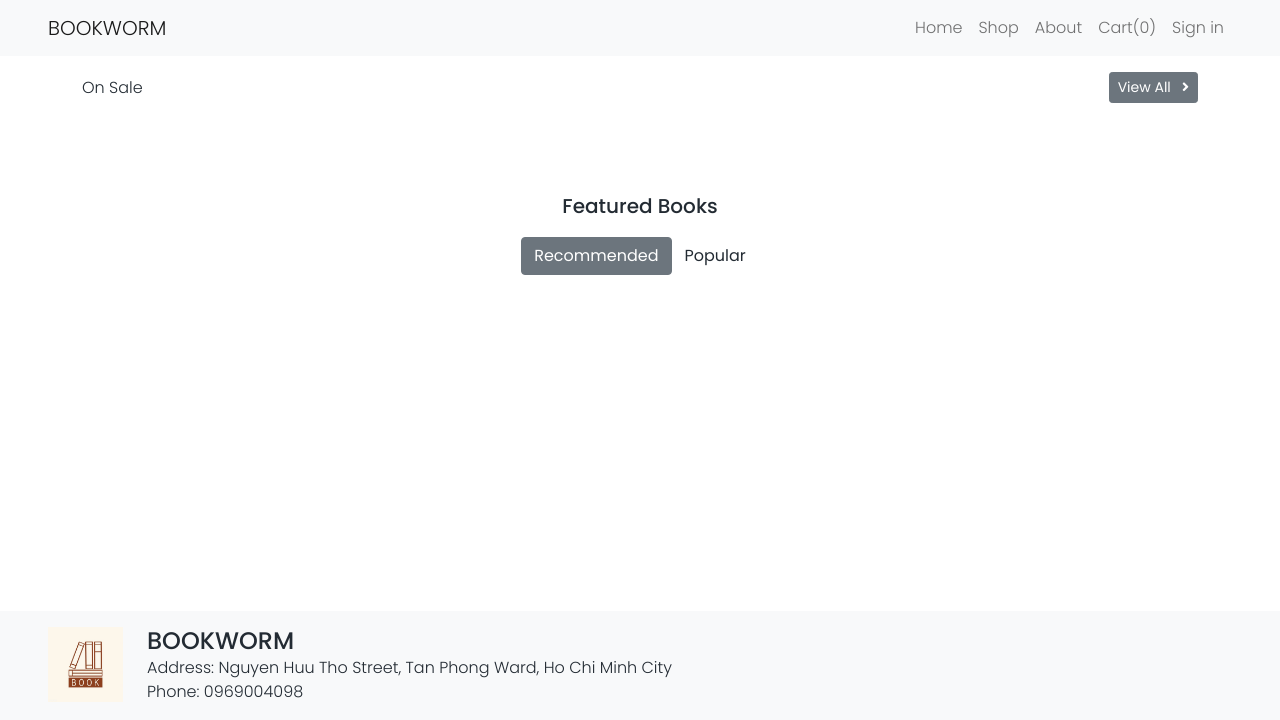
Repository: long13820/bookworm-fe
Page: /
The author's editor kept a copy of each file at every save. The page is drawn from the files as they stood at one save, then again after a run of saves.
The browser window is 1280 px wide. The pictures show the whole page.
The page's requests for data from a server got no answer. The project was rebuilt for these pictures with package versions that can differ from the ones it lists, and the page was loaded fresh each time. No one was signed in, and anything a server would have sent is missing. Also part of the build but not shown: src/index.css, src/App.css, src/components/About/about.css, src/components/About/About.js, src/components/Cart/cart.css, src/components/Cart/Cart.js, src/components/Product/Product.js, src/components/Shop/Shop.js and 2 more.

Above is the page before, as saved 2022-07-01 00:44:30.

### public/index.html
<!DOCTYPE html>
<html lang="en">

<head>
    <meta charset="utf-8" />
    <link rel="icon" href="%PUBLIC_URL%/favicon.ico" />
    <meta name="viewport" content="width=device-width, initial-scale=1" />
    <meta name="theme-color" content="#000000" />
    <meta name="description" content="Web site created using create-react-app" />
    <link rel="apple-touch-icon" href="%PUBLIC_URL%/logo192.png" />
    <!--
      manifest.json provides metadata used when your web app is installed on a
      user's mobile device or desktop. See https://developers.google.com/web/fundamentals/web-app-manifest/
    -->
    <link rel="manifest" href="%PUBLIC_URL%/manifest.json" />
    <!--
      Notice the use of %PUBLIC_URL% in the tags above.
      It will be replaced with the URL of the `public` folder during the build.
      Only files inside the `public` folder can be referenced from the HTML.
      Unlike "/favicon.ico" or "favicon.ico", "%PUBLIC_URL%/favicon.ico" will
      work correctly both with client-side routing and a non-root public URL.
      Learn how to configure a non-root public URL by running `npm run build`.
    -->
    <title>Bookworm App</title>

    <!-- Poppins -->
    <link rel="preconnect" href="https://fonts.googleapis.com">
    <link rel="preconnect" href="https://fonts.gstatic.com" crossorigin>
    <link href="https://fonts.googleapis.com/css2?family=Poppins:ital,wght@0,100;0,200;0,300;0,400;0,500;0,600;0,700;1,100;1,200;1,300;1,400;1,500;1,600&display=swap" rel="stylesheet">

     <!-- Font Awesome -->
    <link rel="stylesheet" href="https://use.fontawesome.com/releases/v5.7.0/css/all.css"
    integrity="sha384-lZN37f5QGtY3VHgisS14W3ExzMWZxybE1SJSEsQp9S+oqd12jhcu+A56Ebc1zFSJ" crossorigin="anonymous">
  </head>

<body>
    <noscript>You need to enable JavaScript to run this app.</noscript>
    <div id="root"></div>
    <!--
      This HTML file is a template.
      If you open it directly in the browser, you will see an empty page.
      You can add webfonts, meta tags, or analytics to this file.
      The build step will place the bundled scripts into the <body> tag.
      To begin the development, run `npm start` or `yarn start`.
      To create a production bundle, use `npm run build` or `yarn build`.
    -->
</body>

</html>

### src/index.js
import React from 'react';
import ReactDOM from 'react-dom';
import { BrowserRouter as Router } from 'react-router-dom';
import './index.css';
import App from './App';
import reportWebVitals from './reportWebVitals';
import 'bootstrap/dist/css/bootstrap.min.css';
import './assets/css/style.css';


ReactDOM.render(
  <React.StrictMode>
    <Router>
      <App />
    </Router>
  </React.StrictMode>,
  document.getElementById('root')
);

### src/App.js
import { Route, Routes } from 'react-router-dom';
import './App.css';
import React from 'react';
import About from './components/About/About';
import Cart from './components/Cart/Cart';
import Home from './components/Home/Home';
import Product from './components/Product/Product';
import Shop from './components/Shop/Shop';
import Title from './components/Title/Title';
import Footer from './pages/Footer/Footer';
import Header from './pages/Header/Header';

const pathname = window.location.pathname;
const objectPath = {
  '/': 'Homepage',
  '/shop': 'Books',
  '/about': 'About us',
  '/cart': 'Cart'
};


function App() {
  return (
    <React.Fragment>
      <div className='d-flex flex-column m-height-100'>
        <Header/>

        {/* <Title title="About"/> */}

        <Routes>
          <Route path='/' element={<Home />}/>
          <Route path='/shop' element={<Shop/>} />
          <Route path='/cart' element={<Cart/>} />
          <Route path='/shop/1' element={<Product/>} />
          <Route path='/about' element={<About/>} />
        </Routes>

        <Footer/>

      </div>
    </React.Fragment>
  );
}

export default App;

### src/assets/css/style.css
@import './variable.css';
@import './global.css';

### src/components/Home/Home.js
import "./home.css";
import { Button } from 'reactstrap';
import Book1 from '../../../src/assets/bookcovers/book1.jpg';
import Book2 from '../../../src/assets/bookcovers/book2.jpg';
import Book3 from '../../../src/assets/bookcovers/book3.jpg';
import Book4 from '../../../src/assets/bookcovers/book4.jpg';
import Book5 from '../../../src/assets/bookcovers/book5.jpg';
import Book6 from '../../../src/assets/bookcovers/book6.jpg';
import Book7 from '../../../src/assets/bookcovers/book7.jpg';
import Book8 from '../../../src/assets/bookcovers/book8.jpg';
import Book9 from '../../../src/assets/bookcovers/book9.jpg';
import Book10 from '../../../src/assets/bookcovers/book10.jpg';
import axios from "axios";
import React, { useState } from "react";
import { Swiper, SwiperSlide } from 'swiper/react';
import { Navigation, Autoplay } from "swiper";
import "swiper/css/navigation";
import 'swiper/css';
import defaultBookCover from '../../assets/bookcovers/defaultBookCover.png';

const objectBookCover = {
    "book1": Book1,
    "book2": Book2,
    "book3": Book3,
    "book4": Book4,
    "book5": Book5,
    "book6": Book6,
    "book7": Book7,
    "book8": Book8,
    "book9": Book9,
    "book10": Book10,
}

export default class Home extends React.Component {

    state ={
            onSaleBooks :[],
            recommendedBooks: [],
            popularBooks: [],
            defaultBooks: [],
            recommended: true
    }

    componentDidMount(){
        axios.get('http://localhost:8000/api/books/getOnSaleBooks')
        .then(result => {
            //console.log(result.data);
            const onSaleBooks = result.data;
            onSaleBooks.map((book) => (
                Object.keys(book).forEach((key) => {
                    if(key === 'book_cover_photo'){
                        if(book[key] === null || book[key] === 'null'){
                            book[key] = defaultBookCover;
                        }
                        else{
                            book[key] = objectBookCover[book[key]];
                        }
                    }
                })
            ))
            this.setState({onSaleBooks: onSaleBooks})
        });
        axios.get('http://localhost:8000/api/books/getRecommendedBooks')
        .then(result => {
            const recommendedBooks = result.data;
            recommendedBooks.map((book) => (
                Object.keys(book).forEach((key) => {
                    if (key === 'book_cover_photo') {
                        if (book[key] === null || book[key] === 'null') {
                            book[key] = defaultBookCover;
                        } else {
                            book[key] = objectBookCover[book[key]]
                        }
                    }
                })
            ))
            this.setState({recommendedBooks, defaultBooks: recommendedBooks})
        })
        axios.get('http://localhost:8000/api/books/getPopularBooks')
        .then(result => {
            console.log(result.data);
            const popularBooks = result.data;
            popularBooks.map((book) => (
                Object.keys(book).forEach((key) => {
                    if (key === 'book_cover_photo') {
                        if (book[key] === null || book[key] === 'null') {
                            book[key] = defaultBookCover;
                        } else {
                            book[key] = objectBookCover[book[key]]
                        }
                    }
                })
            ))
            this.setState({popularBooks : popularBooks})
        })
    }

    recommendedBookClick = () => {
        this.setState({ defaultBooks : this.state.recommendedBooks})
        this.setState({ recommended: true})
    }
    popularBookClick = () => {
        this.setState({ defaultBooks: this.state.popularBooks})
        this.setState({ recommended : false})
    }
 render() {
    return (
    <section className="home-page flex-grow-1">
    <div className="container">
        <div className="row align-items-center mb-4">
            <div className="col-lg-6">
                <p>On Sale</p>
            </div>
            <div className="col-lg-6 d-flex justify-content-end">
                <Button color="secondary" size="sm">
                    View All &nbsp; <i class="fas fa-angle-right"></i>
                </Button>
            </div>
        </div>
        <Swiper
            spaceBetween={50}
            slidesPerView={4}
            navigation={true}
            loop={true}
            loopFillGroupWithBlank={true}
            modules={[Autoplay, Navigation]}
            autoplay={{
                delay: 2500,
                disableOnInteraction: false,
            }}
        >
            {
            this.state.onSaleBooks.map(book => {
            return (
                <SwiperSlide key={book.id} className="carousel">
                    <div className="card">
                        <img className="card-img-top img-fluid" src={book.book_cover_photo} alt="Books" />
                        <div className="card-body">
                            <p className="book-title font-18px">{book.book_title}</p>
                            <p className="book-author font-14px">{book.author_name}</p>
                        </div>
                        <div className="card-footer text-muted font-14px"><strike>${book.book_price}</strike> <strong>${book.discount_price}</strong></div>
                    </div>
                </SwiperSlide>)})
            }
        </Swiper>
        <div className="book-list">
            <div className="text-center">
                <p className="section-title font-20px mb-3">Featured Books</p>
                <div className="mb-4">
                    <Button color={this.state.recommended ? 'secondary' : 'link'} onClick={this.recommendedBookClick}>
                        Recommended
                    </Button>
                    <Button color={this.state.recommended ? 'link' : 'secondary'} onClick={this.popularBookClick} text-secondary>Popular</Button>
                </div>
            </div>
            <div id="mainRow" className="row">
                {
                this.state.defaultBooks.map(book => {
                return (
                <div className="col-lg-3 col-md-4 col-sm-6 mb-4 align-items-stretch" key={book}>
                    <div className="card">
                        <img className="card-img-top img-fluid" src={book.book_cover_photo} alt="Books" />
                        <div className="card-body">
                            <p className="book-title font-18px">{book.book_title}</p>
                            <p className="book-author font-14px">{book.author_name}</p>
                        </div>
                        <div className="card-footer text-muted font-14px">${book.final_price}</div>
                    </div>
                </div>
                )
                })
                }
            </div>
        </div>
    </div>
</section>
);
    }
}

### src/pages/Footer/Footer.js
import "./footer.css";
import logo from '../../../src/assets/bookcovers/logo.jpeg';

const Footer = () =>{
return(
    <footer className="bg-light px-5 pt-3">
        <div className="logo ">
            <img src={logo} alt="" />
        </div>
        <div className="ms-4 pb-3" id="infor">
            <h4 className="my-0">BOOKWORM</h4>
            <p>Address: Nguyen Huu Tho Street, Tan Phong Ward, Ho Chi Minh City</p>
            <p>Phone: 0969004098</p>
        </div>
    </footer>
);
}

export default Footer;

### src/pages/Header/Header.js
import "./header.css";


const Header = () => {
    return(
        <nav className="navbar navbar-expand-lg navbar-light bg-light sticky-top px-5">
            <a className="navbar-brand" href="#">BOOKWORM</a>
            <button className="navbar-toggler" type="button" data-toggle="collapse" data-target="#navbarSupportedContent" aria-controls="navbarSupportedContent" aria-expanded="false" aria-label="Toggle navigation">
              <span className="navbar-toggler-icon"></span>
            </button>

            <div className="collapse navbar-collapse d-flex justify-content-end" id="navbarSupportedContent">
                <ul className="navbar-nav">
                    <li className="nav-item active">
                        <a className="nav-link" href="/">Home <span className="sr-only">(current)</span></a>
                    </li>
                    <li className="nav-item">
                        <a className="nav-link" href="/shop">Shop</a>
                    </li>
                    <li className="nav-item">
                        <a className="nav-link" href="/about">About</a>
                    </li>
                    <li className="nav-item">
                        <a className="nav-link" href="/cart">Cart(0)</a>
                    </li>
                    <li className="nav-item">
                        <a className="nav-link" href="#">Sign in</a>
                    </li>

                </ul>

            </div>
        </nav>
    );
}

export default Header;

### src/assets/css/variable.css
:root {
    --base: 1rem;
    --black: #232b33;
    --white: #ffffff;
    --gray: #888b90;
    --gray2: #b2b5bc;
    --gray3: #dee2e6;
    --light-gray: #e7e9eb;
    --whitesmoke: #f5f7f8;
    --darkblue: #010F9D;
    --font: 'Poppins';
    --thin: 100;
    --extra-light: 200;
    --light: 300;
    --regular: 400;
    --medium: 500;
    --semi-bold: 600;
    --bold: 700;
    --extra-bold: 800;
    --black-w: 900;
}

### src/assets/css/global.css
* {
    margin: 0;
    padding: 0;
    box-sizing: border-box;
}

html {
    scroll-behavior: smooth;
}

body {
    font-family: var(--font), sans-serif !important;
    font-weight: var(--light);
    font-size: var(--base);
    color: var(--black);
    -webkit-font-smoothing: antialiased;
    -moz-osx-font-smoothing: grayscale;
    scroll-behavior: smooth;
}

p {
    margin-bottom: 0 !important;
}

a {
    text-decoration: none !important;
}

ul,
li {
    text-decoration: none;
    list-style: none;
    margin: 0;
    padding: 0;
}

.font-12px {
    font-size: calc(var(--base) - 0.25rem);
}

.font-14px {
    font-size: calc(var(--base) - 0.125rem);
}

.font-base {
    font-size: var(--base);
}

.font-18px {
    font-size: calc(var(--base) + 0.125rem);
}

.font-20px {
    font-size: calc(var(--base) + 0.25rem);
}

.font-22px {
    font-size: calc(var(--base) + 0.375rem);
}

.font-24px {
    font-size: calc(var(--base) + 0.5rem);
}

.text-color-black,
.text-color-black:hover {
    color: var(--black);
}

.btn:focus,
textarea:focus,
textarea.form-control:focus,
input.form-control:focus,
input[type=text]:focus,
input[type=password]:focus,
input[type=email]:focus,
input[type=number]:focus,
[type=text].form-control:focus,
[type=password].form-control:focus,
[type=email].form-control:focus,
[type=tel].form-control:focus,
[contenteditable].form-control:focus {
    outline: none !important;
    box-shadow: none !important;
}

.bg-white {
    background-color: var(--white);
}

.bg-white-smoke {
    background-color: var(--whitesmoke);
}

.m-height-100 {
    min-height: 100vh;
}

.btn-link {
    text-decoration: none !important;
    color: inherit !important;
}

.pointer {
    cursor: pointer;
}

.text-dark-blue {
    color: var(--darkblue);
}

.background-dark-blue {
    background-color: var(--darkblue) !important;
}

.modal-title {
    width: 100%;
}

.border-error {
    outline: 2px solid red !important;
}

.Toastify__toast {
    font-family: var(--font), sans-serif !important;
}

.Toastify__toast-theme--light {
    background: #dbf7e8 !important;
    color: #369b61 !important;
}

### src/components/Home/home.css
@import '../../../src/assets/css/style.css';
.home-page {
    margin: 1rem 0;
}

.custom-link,
.custom-link:hover {
    display: inline-block;
    color: var(--black);
    cursor: pointer;
    padding: 0.375rem 0.75rem;
    text-decoration: none;
    line-height: 1.5;
    text-align: center;
    vertical-align: middle;
    -webkit-user-select: none;
    -moz-user-select: none;
    -ms-user-select: none;
    user-select: none;
}

.home-page .book-list {
    margin-top: 4rem;
}

.home-page .book-list .section-title {
    font-weight: var(--medium);
}

.home-page .book-list .bl-filter,
.home-page .book-list #mainRow .card .card-body .book-title,
.home-page .carousel .card .card-body .book-title {
    font-weight: var(--bold);
}

.home-page .carousel .card .card-body .book-title,
.home-page .book-list #mainRow .card .card-body .book-title {
    word-break: break-all;
    display: -webkit-box;
    -webkit-line-clamp: 2;
    -webkit-box-orient: vertical;
    overflow: hidden;
    text-overflow: ellipsis;
    word-break: break-word;
}

.home-page .book-list .bl-showing {
    color: var(--gray);
}

.home-page .book-list .bl-main-filter,
.home-page .book-list #mainRow {
    margin-top: 0.5rem;
}

.home-page .book-list .bl-main-filter .blmf-card {
    border: 0.1rem solid var(--gray2);
    border-radius: 0.25rem;
    padding: 1rem;
}

.home-page .book-list .bl-main-filter .blmf-card:not(:last-child) {
    margin-bottom: 1.25rem;
}

.home-page .book-list .bl-main-filter .blmf-card .blmfc-title {
    font-weight: var(--bold);
    margin-bottom: 0.5rem;
}

.home-page .book-list .bl-main-filter .blmf-card .blmfc-list>li {
    margin-left: 1rem;
}

.home-page .book-list .bl-main-filter .blmf-card .blmfc-list>li:not(:last-child) {
    margin-bottom: 0.5rem;
}

.home-page .book-list #mainRow .card>img,
.carousel .card>img {
    width: 100%;
    max-width: 100%;
    height: 300px;
    vertical-align: middle;
}

.swiper-button-next,
.swiper-button-prev {
    color: var(--gray2) !important;
}

@media only screen and (max-width: 576px) {
    .home-page .book-list #mainRow .card>img,
    .carousel .card>img {
        height: 100%;
    }
}

### src/components/Shop/shop.css
@import '../../../src/assets/css/style.css';
.shop-page .title-page {
    padding: 2rem 0;
    border-bottom: 0.1rem solid var(--light-gray);
}

.shop-page .title-page>p,
.book-list .bl-filter,
.book-list #mainRow .card .card-body .book-title {
    font-weight: var(--bold);
}

.shop-page .title-page>p>span {
    font-weight: var(--light);
    color: var(--gray);
}

.book-list {
    margin-top: 4rem;
    margin-bottom: 2rem;
}

.book-list .bl-showing {
    color: var(--gray);
}

.book-list .bl-main-filter,
.book-list #mainRow {
    margin-top: 0.5rem;
}

.book-list .bl-main-filter .blmf-card {
    border: 0.1rem solid var(--gray2);
    border-radius: 0.25rem;
    padding: 1rem;
}

.book-list .bl-main-filter .blmf-card:not(:last-child) {
    margin-bottom: 1.25rem;
}

.book-list .bl-main-filter .blmf-card .blmfc-title {
    font-weight: var(--bold);
    margin-bottom: 0.5rem;
}

.book-list .bl-main-filter .blmf-card .blmfc-list>li {
    margin-left: 1rem;
}

.book-list .bl-main-filter .blmf-card .blmfc-list>li:not(:last-child) {
    margin-bottom: 0.5rem;
}

.book-list #mainRow .card>img {
    width: 100%;
    max-width: 100%;
    height: 300px;
    vertical-align: middle;
}

.page-link:focus {
    box-shadow: none !important;
}

### src/pages/Footer/footer.css
footer {
    display: flex;
}

footer>.logo>img {
    width: 75px;
    height: 75px;
}

Loaded but not shown: src/reportWebVitals.js (common file); src/pages/Header/header.css (no stored copy; drawn as an empty file)

After the next 2 saves:
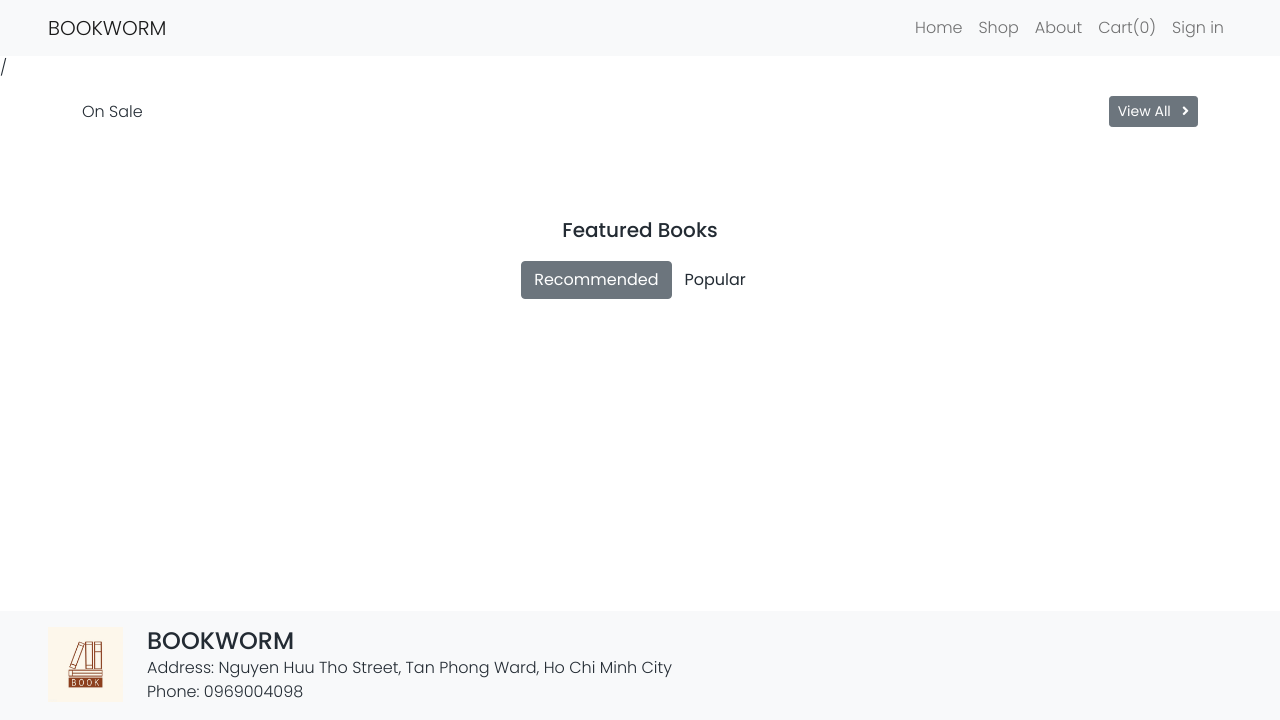
The 2 saves are shown as one change because they came seconds apart.
The last was saved 80 s later.
--- a/src/App.js
+++ b/src/App.js
@@ -26,7 +26,7 @@
         <Header/>
 
         {/* <Title title="About"/> */}
-
+        {pathname}
         <Routes>
           <Route path='/' element={<Home />}/>
           <Route path='/shop' element={<Shop/>} />

After the save that followed:
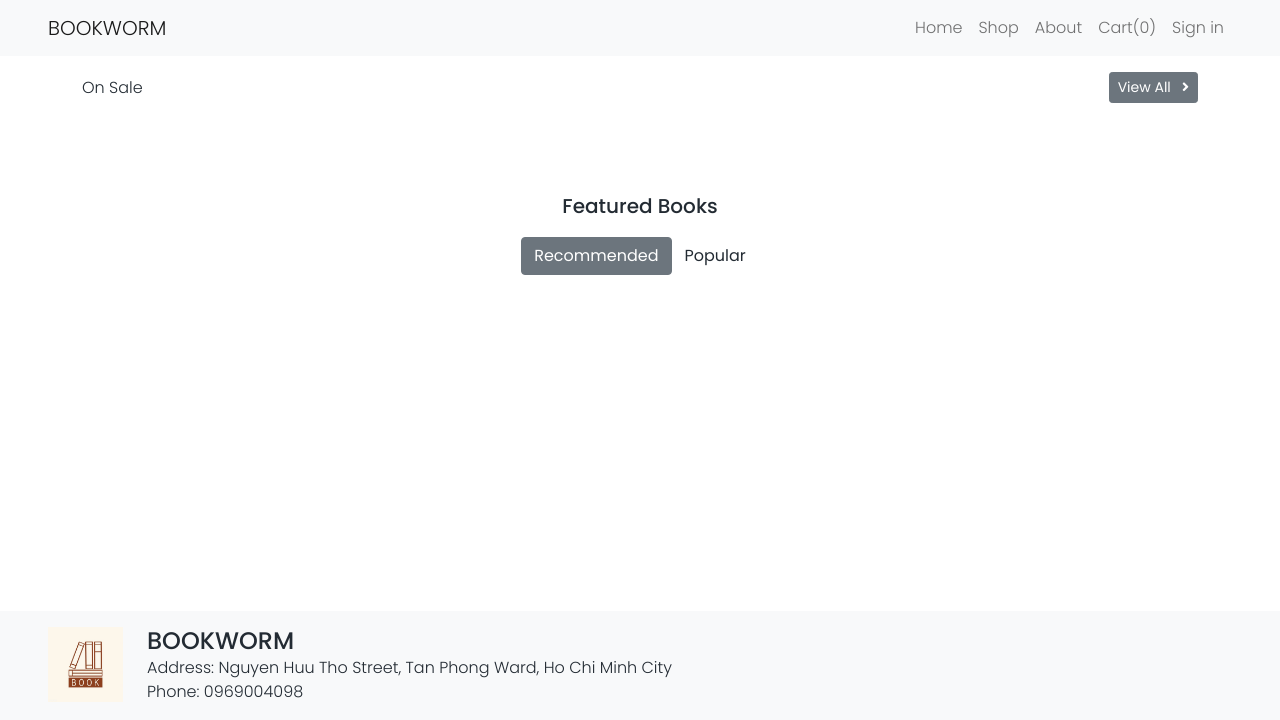
Saved 6 s later.
--- a/src/App.js
+++ b/src/App.js
@@ -26,7 +26,7 @@
         <Header/>
 
         {/* <Title title="About"/> */}
-        {pathname}
+        {pathname === '/abut'}
         <Routes>
           <Route path='/' element={<Home />}/>
           <Route path='/shop' element={<Shop/>} />
